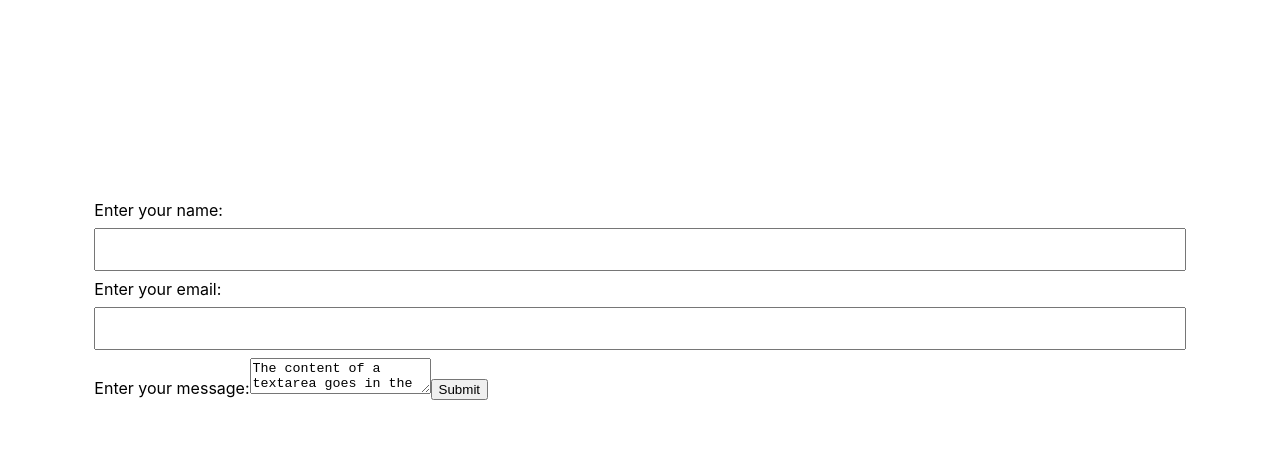
Repository: AddamVictorioDev/ProfileWebsite
Page: /form (app in con/)
An editor plug-in stored every save of this project. The page is shown before and after the next save, followed by the edit.
The browser window is 1280 px wide. The pictures show the whole page.
The project was rebuilt for these pictures with package versions that can differ from the ones it lists, and the page was loaded fresh each time. Also part of the build but not shown: con/src/App.css, con/src/home.css, con/src/home.js, con/src/addam.css, con/src/addam.js, con/src/usescripts.js, con/src/projects.js.

Above is the page before, as saved 2023-03-16 18:42:24.

### con/src/index.css
body {
  margin: 0;
  font-family: -apple-system, BlinkMacSystemFont, 'Segoe UI', 'Roboto', 'Oxygen',
    'Ubuntu', 'Cantarell', 'Fira Sans', 'Droid Sans', 'Helvetica Neue',
    sans-serif;
  -webkit-font-smoothing: antialiased;
  -moz-osx-font-smoothing: grayscale;
  /* background-image: url("/Users/addamvictorio/con/src/waterdropwallpp.jpg"); */
  /* background-color: #ffffff; */

}

code {
  font-family: source-code-pro, Menlo, Monaco, Consolas, 'Courier New',
    monospace;
}

### con/src/App.js
import logo from './logo.svg';
import './App.css';
import HomePage from './home';
import Addam from './addam';

import {
  BrowserRouter,
  Routes,
  Route
} from "react-router-dom";
import Projects from './projects';
import MyForm from './form';

function App() {

  return (

    <BrowserRouter>
      <Routes>


      <Route exact path="/" element={<Addam />}  />
      <Route path="projects" element={<Projects />} />
      <Route path="form" element={<MyForm />} />

      </Routes>


  </BrowserRouter>

  );
}

export default App;

### con/src/form.js
import { useState } from 'react';
import ReactDOM from 'react-dom/client';
import './form.css'

function MyForm() {
  const [inputs, setInputs] = useState({});
  const [textarea, setTextarea] = useState(
    "The content of a textarea goes in the value attribute"
  );

  const handleChange = (event) => {
    const name = event.target.name;
    const value = event.target.value;
    setInputs(values => ({...values, [name]: value}))
  }

  const handleSubmit = (event) => {
    event.preventDefault();
    alert(inputs);
  }

  return (
    <div className="center">
    <form onSubmit={handleSubmit}>
      <label>Enter your name:
      <input
        type="text"
        name="username"
        value={inputs.username || ""}
        onChange={handleChange}
      />
      </label>
      <label>Enter your email:
        <input
          type="text"
          name="age"
          value={inputs.age || ""}
          onChange={handleChange}
        />
        </label>
        <label>Enter your message:

      <textarea value={textarea} onChange={handleChange} />

      </label>
        <input type="submit" />
    </form>
    </div>
  )
}

export default MyForm;

### con/src/projects.css
.center{
    display: grid;
    justify-content: center;
    align-items: center;


}
.photo-grid {
    display: flex;
    height: 100%;

    border-radius: 10px;
    border-color: black;

    flex-wrap: wrap;
    justify-content: center;
    align-items: center;
    gap: 10px;
    background-color: blueviolet;
  }

  .photo-item {
    height: 100%;


    position: relative;




    overflow: auto;
  }

  img {
    width: 100%;
    height: 100%;


    object-fit: cover;
  }
  .img-text {
    position: absolute;
    width: 100%;
    bottom: 10px;

    color: white;
    background-color: rgb(199, 6, 6);
    padding: 10px;
  }

### con/src/form.css

.container{
    justify-content: center;
    align-items:center;
    background-color: aquamarine;
}

.center{
    display: grid;
    place-items: center;
    height: 600px;

}




input[type=text] {

    width: 100%;
    padding: 12px 20px;
    margin: 8px 0;
    box-sizing: border-box;
  }

Loaded but not shown: con/public/index.html (common file); con/src/index.js (common file); con/src/reportWebVitals.js (common file)

After the next save:
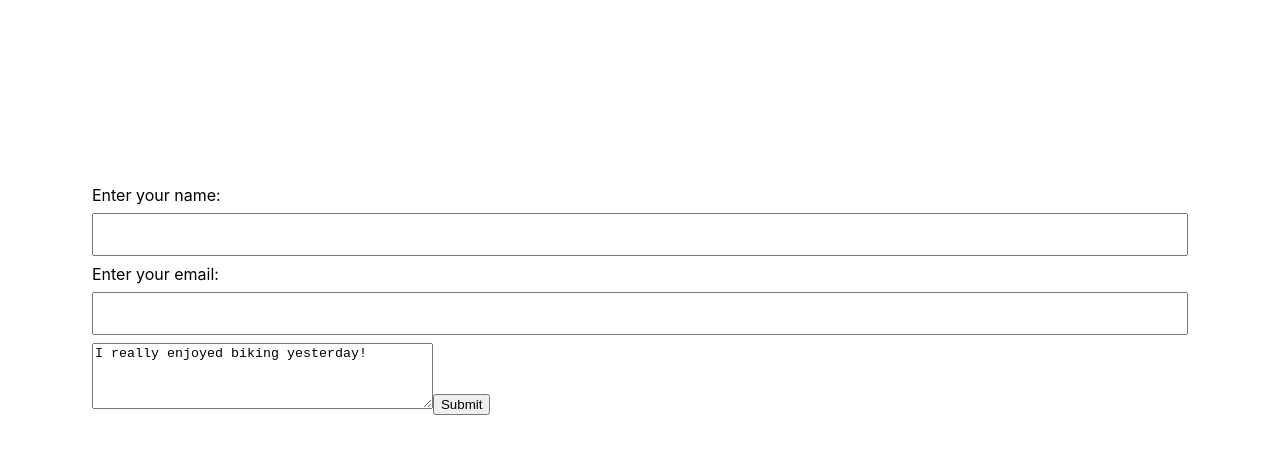
Saved 79 s later.
--- a/con/src/form.js
+++ b/con/src/form.js
@@ -38,11 +38,12 @@ function MyForm() {
           onChange={handleChange}
         />
         </label>
-        <label>Enter your message:
-
-      <textarea value={textarea} onChange={handleChange} />
-
-      </label>
+        <textarea
+        name="postContent"
+        defaultValue="I really enjoyed biking yesterday!"
+        rows={4}
+        cols={40}
+      />
         <input type="submit" />
     </form>
     </div>
